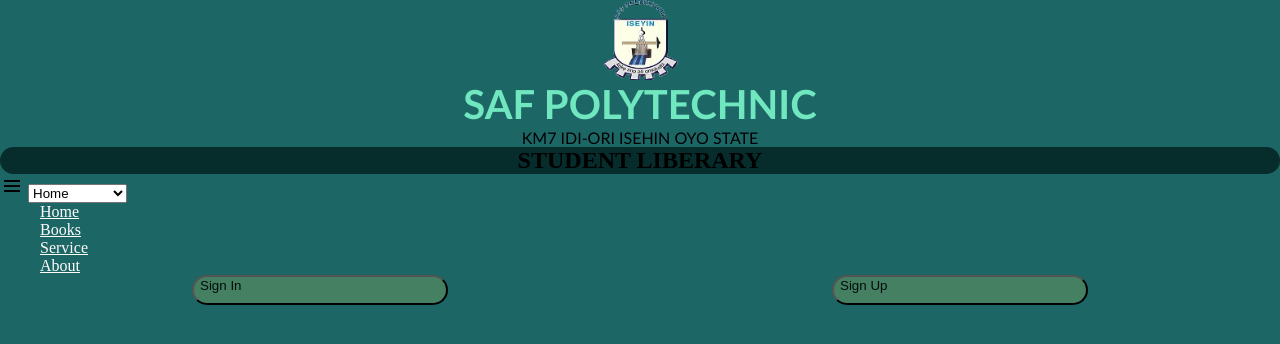
Repository: makinwademila/new-html
Page: index.html
The author's editor kept a copy of each file at every save. The page is drawn from the files as they stood at one save, then again after the next save.
The browser window is 1280 px wide. The pictures show the whole page.

Above is the page before, as saved 2025-02-10 16:54:04.

### index.html
<!DOCTYPE html>
<html>

<head>

    <title>test web page</title>
    <link href="style.css" rel="stylesheet">
</head>
<title>saf porject</title>

<body>
    <header>
        <div class="names">
            <img src="logo.png">
            <div class="name">
                <h6>
                    SAF POLYTECHNIC
                </h6>
            </div>

            <div class="namer"> KM7 IDI-ORI ISEHIN OYO STATE
            </div>
        </div>
    </header>

    <nav>
        <div class="title">
            <h2>
                STUDENT LIBERARY
            </h2>
        </div>
    </nav>
    <div class="nav-menu-btn">
        <svg xmlns="http://www.w3.org/2000/svg" width="24" height="24" viewBox="0 0 24 24"><path d="M4 6h16v2H4zm0 5h16v2H4zm0 5h16v2H4z"/></svg>
        <select name="menu list" id="menu 2">
                <option>Home</option>
                <option>Books</option>
                <option>Departments</option>
                <option>Reguest</option>
            </select>
    </div>
    <div class="nav-menu">
        <ul>
            <li><a href="#" class="first">Home</a></li>
            <li><a href="#" class="second">Books</a></li>
            <li><a href="#" class="third">Service</a></li>
            <li><a href="#" class="fourth">About</a></li>
        </ul>
    </div>


    <div class="nav-button">
        <button class="btn1" id="loginBtn">Sign In</button>
        <button class="btn" id="RegisterBtn">Sign Up</button>
    </div>

    <script src="script.js"></script>
</body>


</html>

### style.css
* {
    margin: auto;
    padding: auto;
}

body {
    margin: 0;
    padding: 0;
    background-color: rgb(29, 102, 102);
    height: auto;
    width: auto;
}

header {
    font-family: 'Gill Sans', 'Gill Sans MT', Calibri, 'Trebuchet MS', sans-serif;
    justify-content: center;
    align-content: center;
}

img {
    height: 80px;
    width: 80px;
    display: block;
    margin: auto;
}

.name h6 {
    font-size: 40px;
    font-weight: bolder;
    color: rgb(112, 231, 191);
    display: flex;
    justify-content: center;
    align-content: center;
}

.title {
    display: flex;
    justify-content: center;
    align-items: center;
    flex-direction: row;
    justify-content: space-between;
    color: black;
    background-color: rgb(7, 44, 44);
    border-radius: 60px;
    width: 100%;
    list-style: none;
}

.namer {
    display: flex;
    justify-content: center;
}

.nav-button button {
    display: flex;
    background-color: rgb(69, 128, 98);
    color: rgb(1, 12, 12);
    height: 30px;
    width: 20%;
    border-radius: 20px;
}

.nav-menu ul li a {
    display: flex;
    flex-direction: row;
    justify-content: space-between;
}

a {
    background-color: transparent;
    color: rgb(255, 252, 252);
    transition: 1s;
    opacity: 5px;
    animation: forwards;
    border-radius: 100px;
}

a:hover {
    color: rgba(255, 219, 14, 0.801);
}

a:active {
    background-color: rgb(30, 48, 30);
    transition: 1s ease-in-out;
}

.nav-button {
    justify-content: center;
    display: flex;
    justify-content: space-around;
}

li {
    color: transparent;
}

Loaded but not shown: script.js (no copy from this time; the picture is the same without it)

After the next save:
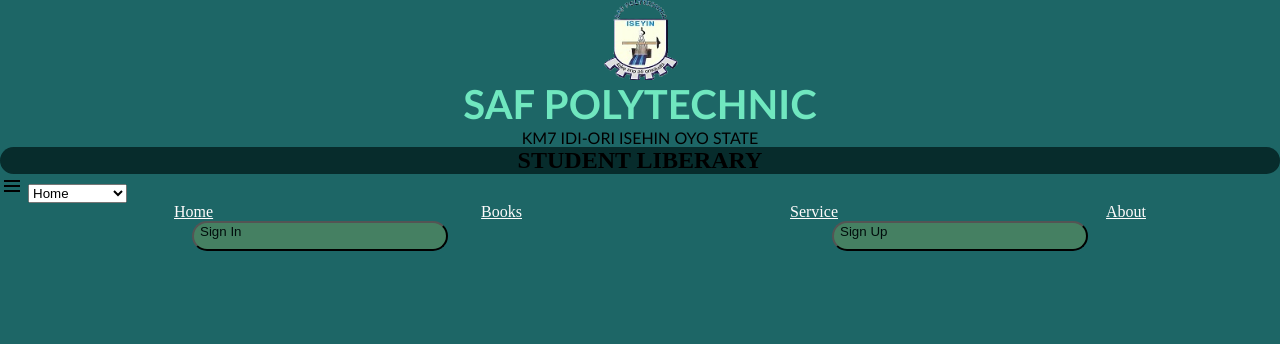
Saved 46 s later.
--- a/style.css
+++ b/style.css
@@ -60,7 +60,7 @@
     border-radius: 20px;
 }
 
-.nav-menu ul li a {
+.nav-menu ul {
     display: flex;
     flex-direction: row;
     justify-content: space-between;
